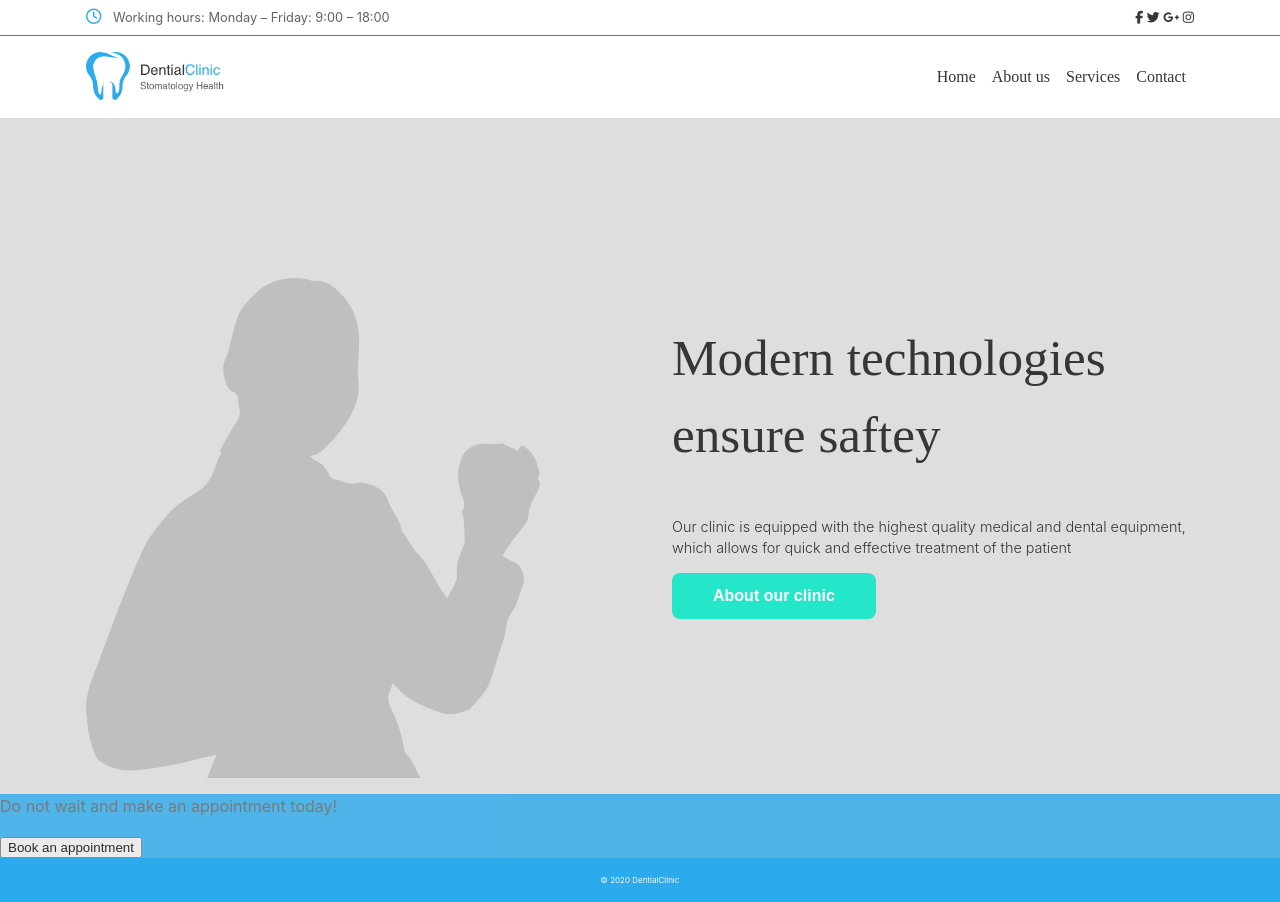
Repository: skepp4rn/uppgift1
Page: index.html
These files come from the project's save history. The page is drawn as it stood at one moment and after the next save; the edit follows.
The browser window is 1280 px wide. The pictures show the whole page.
Some web libraries are served in a nearby version.

Above is the page before, as saved 2020-12-01 17:52:20.

### index.html
<!DOCTYPE html>
<html lang="en">
<head>
    <meta charset="UTF-8">
    <meta name="viewport" content="width=device-width, initial-scale=1.0">
    <title>Document</title>

    <script src="https://kit.fontawesome.com/0abbda2fd3.js" crossorigin="anonymous"></script>
    <link rel="stylesheet" href="style.css">
</head>
<body>

    <nav class="navbar-top collapse">
        <div class="container">
            <div class="hours">
                <i class="far fa-clock"></i>
                Working hours: Monday – Friday: 9:00 – 18:00
            </div>
            <div class="#">
                <a href="#"><i class="fab fa-facebook-f"></i></a>
                <a href="#"><i class="fab fa-twitter"></i></a>
                <a href="#"><i class="fab fa-google-plus-g"></i></a>
                <a href="#"><i class="fab fa-instagram"></i></a>
            </div>
        </div>
    </nav>

    <nav class="navbar ">
        <div class="container">
            <a class="navbar-brand" href="#" >
                <img src="images/Logo.png" alt="">
            </a>
            <button class="navbar-toggler">
                <i class="fas fa-bars"></i>
            </button>
            <div class="collapse navbar-collapse">
                <div class="navbar-nav">
                    <a class="nav-link" href="#">Home</a>
                    <a class="nav-link" href="#">About us</a>
                    <a class="nav-link" href="#">Services</a>
                    <a class="nav-link" href="#">Contact</a>
                </div>
            </div>
        </div>
    </nav>

    <section id="showcase" class="bg-gray">
        <div class="container">
            <img src="images/placehold-girl.svg" alt="">
            <div class="content-box">
                <div class="content">
                    <h1>Modern technologies ensure saftey</h1>
                    <p>Our clinic is equipped with the highest quality medical and dental equipment, which allows for quick and effective treatment of the patient</p>
                    <button class="btn btn-green">About our clinic</button>
                </div>
            </div>
        </div>
    </section>












   <div class="grid">
        <section id="appointment">
            <div class="overlay">
                <p>Do not wait and make an appointment today!</p>
                <button>Book an appointment</button>
            </div>
        </section>
        <footer class="bg-blue">© 2020 DentialClinic</footer>
    </div>

</body>
</html>

### style.css
* {
    box-sizing: border-box;
}

html, body {
    font-weight: 400;
    font-family: -apple-system, BlinkMacSystemFont, 'Segoe UI', Roboto, Oxygen, Ubuntu, Cantarell, 'Open Sans', 'Helvetica Neue', sans-serif;
    line-height: 1.5;
    font-size: 16px;
    margin: 0;
    padding: 0;
    color: #626262;
}

.border {
    border: 1px solid black;
}

a {
    color: #363636;
    text-decoration: none;
    background-color: transparent;
}

a:hover {
    color: #25E6C8;
}

.bg-dark {
   background: #333333;
   color: #ffffff;
}

.bg-light {
    background: #f7f7f7;
    color: #333333;
}

.bg-gray {
    background-color: #DEDEDE;

}



.btn {
    display: inline-block;
    font-weight: 400;
    text-align: center;
    vertical-align: middle;
    padding: 0.80rem 2.5rem;
    border-radius: 0.5rem;
    border: 1px solid transparent;
    background-color: transparent;
    font-size: 1rem;

}

.btn-green {
    color: #ffffff;
    background-color: #25E6C8;
    font-weight: bold;


}

.btn-green:hover {
    cursor: pointer;
    background-color: #2BAAEC;
}



.collapse:not(.show) {
    display: none;
}

.container {
    width: 100%;
    padding: 0 1rem;
    margin: 0 auto;
}

.navbar-top {
    border-bottom: 1px solid #707070;
}

.navbar, .navbar-top {
    display: flex;
    justify-content: space-between;
    padding: 0.5rem 1rem;
}

.navbar .container, .navbar-top .container {
    display: flex;
    justify-content: space-between;
    align-items: center;
}

.navbar-top .container {
    font-size: 0.8rem;
}

.navbar-top .container .hours {
    color:#626262;
}

.navbar-top .container .hours i {
    color: #2BAAEC;
    margin-right: 0.5rem;
    font-size: 1.2em;
}

.navbar-top .container .socialmedia a {
    margin: 0 0.5rem;

}

.navbar-brand {
    display: inline-block;
    font-size: 1.5rem;
    color: black;
    margin-right: 1rem;
}

.navbar-brand img {
    height: 3rem;
    margin-top: 0.5rem;
}

.container img {
    size: 6rem;
}

.navbar-toggler {
    font-size: 2.5rem;
    color:#2BAAEC;
    background-color: transparent;
    border: 1px solid transparent;
}

.navbar-collapse {
    align-items: center;
}

.navbar-nav {
    display: flex;
    flex-direction: column;
    font-family: 'Roboto Slab', serif;

}

.nav-link {
    padding: 0;
    text-decoration: none;
}



#showcase .container {
    display: grid;
    grid-template-columns: 1fr 1fr;
    column-gap: 4rem;

    align-items: center;
}

#showcase .container img {
    height: 500px;
    margin-top: 10rem;
}

#showcase .container .content-box {
    align-self: center;
    color: #363636;
    font-weight: 300;
}

.content-box .content h1 {
    font-size: 3.2rem;
    font-family: 'Roboto Slab', serif;
    font-weight: 300;

}

.content-box .content p {
    font-size: 0.9rem;
}


.grid {
    display: grid;

    grid-template-columns: 1fr;
    grid-template-areas:    "he"
                            "sh"
                            "ab"
                            "se"
                            "ap"
                            "fo";
}


#appointment {
    background-color: #DEDEDE;
}

.overlay {
    opacity: 80%;
    background-color: #2BAAEC;
}


footer {
    background-color: #2BAAEC;
    color: #f3fbff;
    text-align: center;
    padding: 1rem 0rem;
    font-size: 0.5rem;

}










@media (min-width: 768px) {
    .nav-link {
        padding-right: 0.5rem;
        padding-left: 0.5rem;
    }

    .navbar-nav {
        flex-direction: row;
    }

    .navbar-toggler {
        display: none;
    }

    .collapse:not(.show) {
        display: flex;
    }

    .container {
        max-width: 720px;
    }

}

@media (min-width: 992px) {
    .container {
        max-width: 960px;
    }
}

@media (min-width: 1200px) {
    .container {
        max-width: 1140px;
    }
}

After the next save:
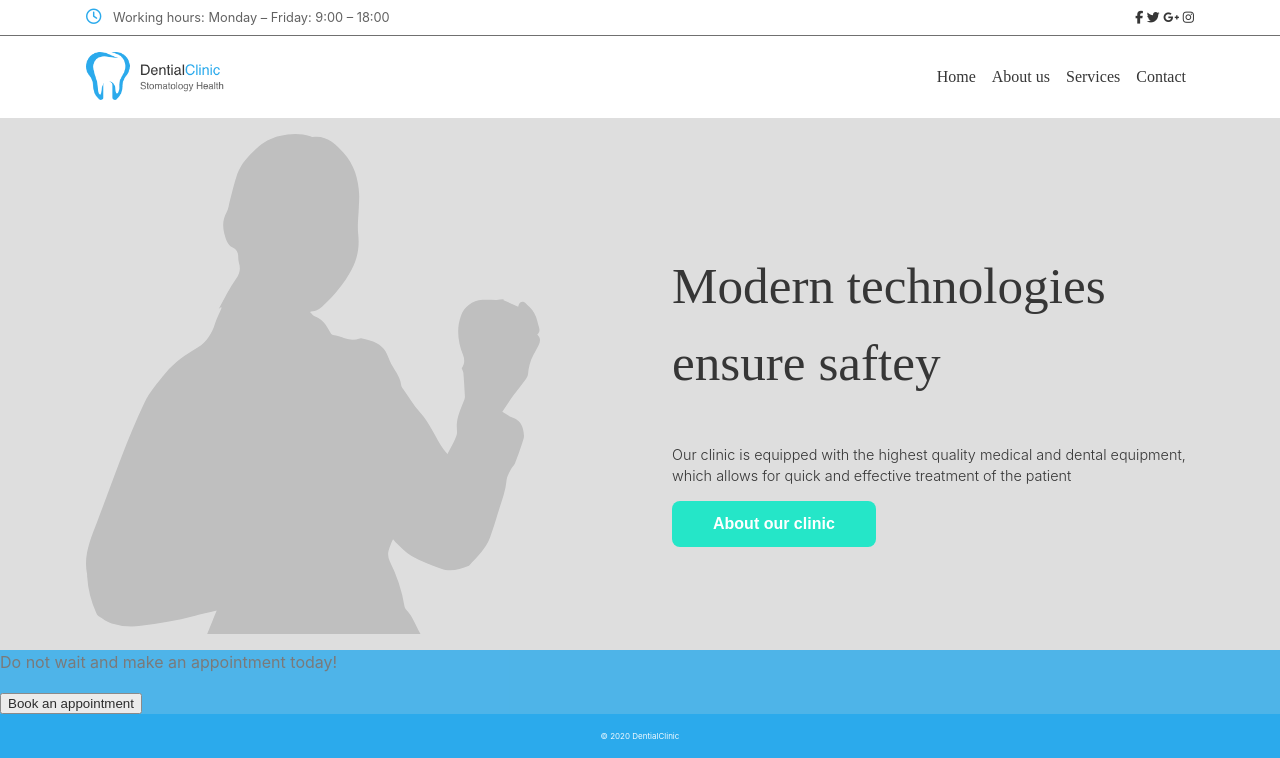
Saved 4 s later.
--- a/style.css
+++ b/style.css
@@ -167,7 +167,7 @@ a:hover {
 
 #showcase .container img {
     height: 500px;
-    margin-top: 10rem;
+    margin-top: 1rem;
 }
 
 #showcase .container .content-box {
